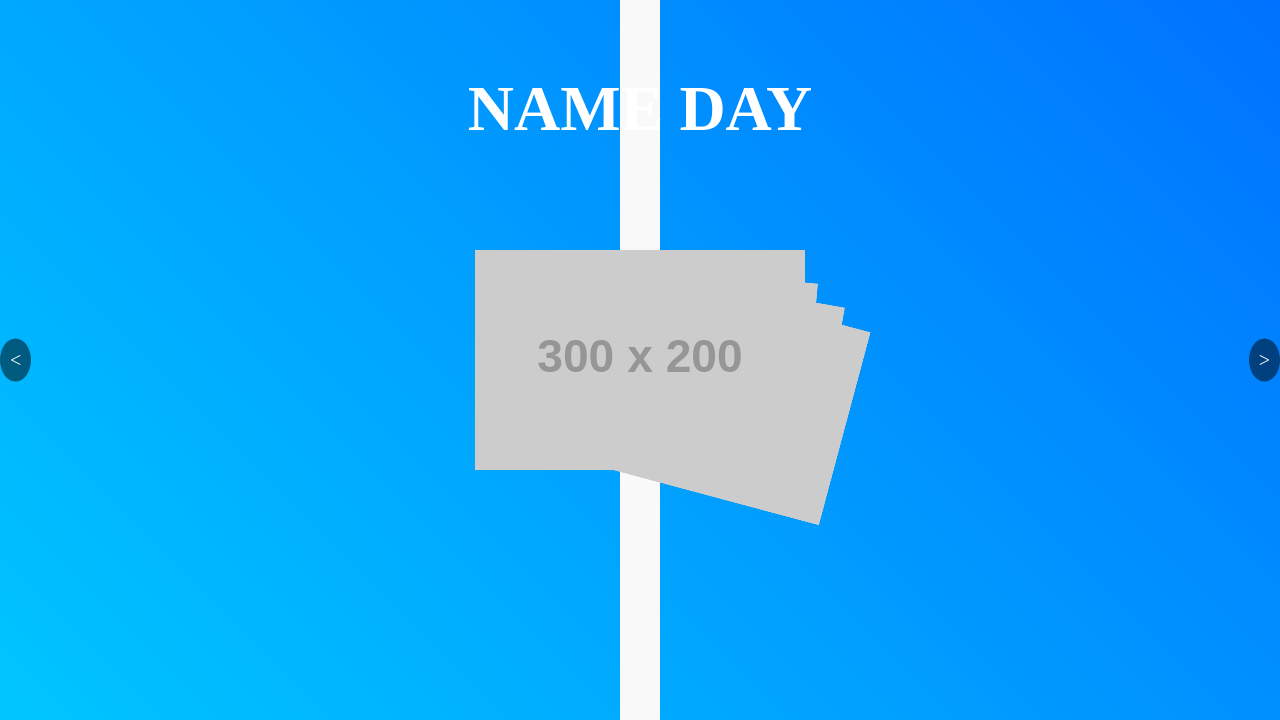
Repository: naps00/BIRTHDAY
Page: /details
These files come from the project's save history. The page is drawn as it stood at one moment and after the next save; the edit follows.
The browser window is 1280 px wide. The pictures show the whole page.
The project was rebuilt for these pictures with package versions that can differ from the ones it lists, and the page was loaded fresh each time.

Above is the page before, as saved 2024-12-12 03:53:34.

After the next save:
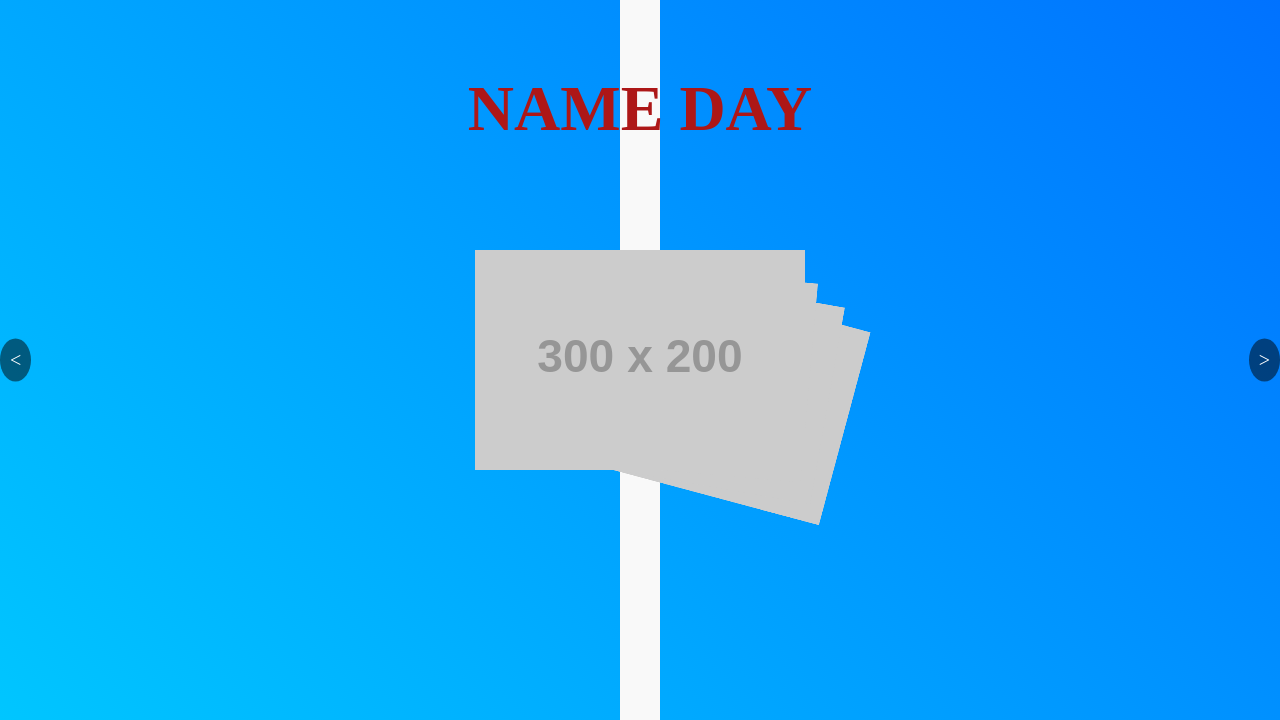
Saved 30 s later.
--- a/src/details.css
+++ b/src/details.css
@@ -25,7 +25,7 @@
 
   /* ข้อความที่แสดง "สสสส" */
   .text-section h1 {
-    color: white;
+    color: rgb(173, 23, 23);
     font-size: 4rem;
     text-align: center;
     margin: 0;
